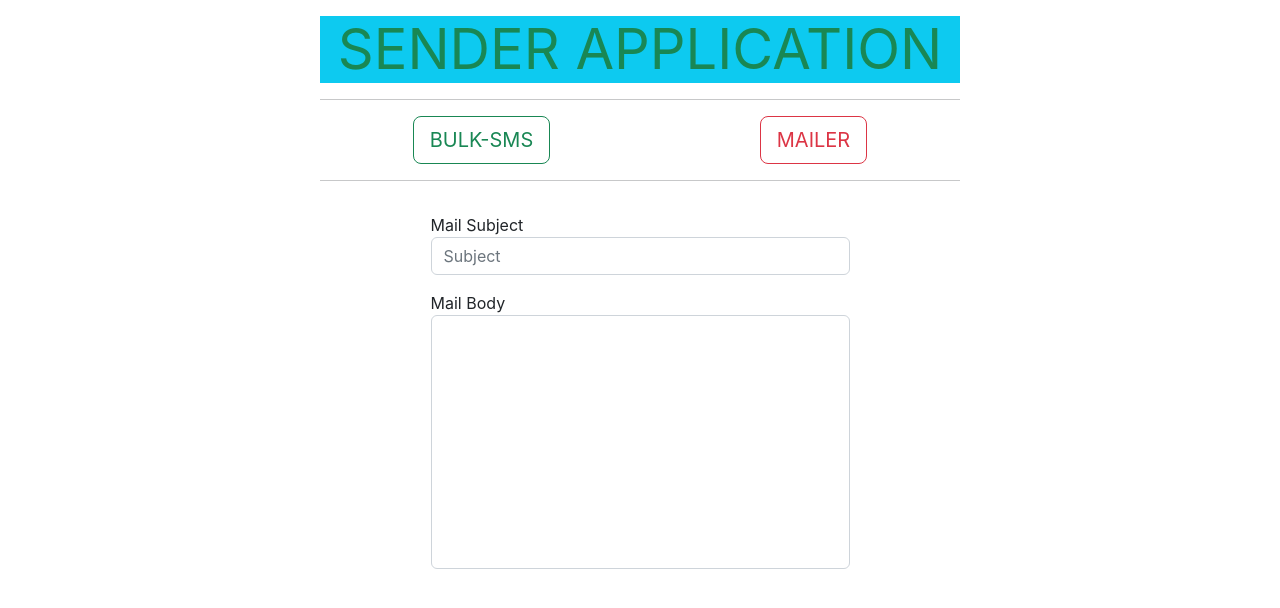
Repository: oluwaseyi9325/react-redux
Page: /
An editor plug-in stored every save of this project. The page is shown before and after the next save, followed by the edit.
The browser window is 1280 px wide. The pictures show the whole page.
The project was rebuilt for these pictures with package versions that can differ from the ones it lists, and the page was loaded fresh each time. Also part of the build but not shown: src/Pages/NotFond.tsx.

Above is the page before, as saved 2023-04-18 17:26:22.

### public/index.html
<!DOCTYPE html>
<html lang="en">

<head>
  <meta charset="utf-8" />
  <link rel="icon" href="%PUBLIC_URL%/favicon.ico" />
  <meta name="viewport" content="width=device-width, initial-scale=1" />
  <meta name="theme-color" content="#000000" />
  <meta name="description" content="Web site created using create-react-app" />
  <link rel="apple-touch-icon" href="%PUBLIC_URL%/logo192.png" />
  <link rel="manifest" href="%PUBLIC_URL%/manifest.json" />
  <link href="https://cdn.jsdelivr.net/npm/bootstrap@5.2.3/dist/css/bootstrap.min.css" rel="stylesheet" integrity="sha384-rbsA2VBKQhggwzxH7pPCaAqO46MgnOM80zW1RWuH61DGLwZJEdK2Kadq2F9CUG65" crossorigin="anonymous">
  <script src="https://cdn.jsdelivr.net/npm/bootstrap@5.2.3/dist/js/bootstrap.bundle.min.js" integrity="sha384-kenU1KFdBIe4zVF0s0G1M5b4hcpxyD9F7jL+jjXkk+Q2h455rYXK/7HAuoJl+0I4" crossorigin="anonymous"></script>
  <link rel="stylesheet" href="https://cdn.jsdelivr.net/npm/bootstrap-icons@1.10.3/font/bootstrap-icons.css">
  <title>SMS SENDER</title>
</head>

<body>
  <noscript>You need to enable JavaScript to run this app.</noscript>
  <div id="root"></div>
</body>

</html>

### src/index.tsx
import React from 'react';
import ReactDOM from 'react-dom/client';
import './index.css';
import App from './App';
import reportWebVitals from './reportWebVitals';
import { BrowserRouter } from 'react-router-dom';

const root = ReactDOM.createRoot(
  document.getElementById('root') as HTMLElement
);
root.render(
  <React.StrictMode>
    <BrowserRouter>
    <App />

    </BrowserRouter>
  </React.StrictMode>
);

// If you want to start measuring performance in your app, pass a function
// to log results (for example: reportWebVitals(console.log))
// or send to an analytics endpoint. Learn more: https://bit.ly/CRA-vitals
reportWebVitals();

### src/App.tsx
import React from 'react'
import { Route, Router, Routes } from 'react-router-dom'
import Index from './Pages/Index'
import Mailer from './Pages/Mailer'
import NotFond from './Pages/NotFond'

const App = () => {

  return (
    <>
    <Routes>
      <Route path='/' element={<Index/>} />
      <Route path='/mailer' element={<Mailer/>} />
      <Route path='*' element={<NotFond/>}/>
    </Routes>
    </>
  )
}

export default App

### src/Pages/Index.tsx
import React from 'react'
import Mailer from './Mailer'

const Index = () => {
  return (
   <>
     <Mailer/>
   </>
  )
}

export default Index

### src/Pages/Mailer.tsx
import React from 'react'
import NavBar from '../Components/NavBar'

const Mailer = () => {
  return (
   <>
    <NavBar/>

    <div className='container'>
       <div className='row mt-3'>
       <div className='mx-auto col-5'>
            <div className='p-3'>
                  <div>
                    <div>
                         <label>Mail Subject</label>
                        <input className='form-control' type="text" placeholder='Subject' />
                    </div>
                    <div className='my-3'>
                    <label>Mail Body</label>
                        <textarea rows={10} style={{resize:"none"}} className='form-control'>

                        </textarea>
                    </div>
                  </div>
            </div>
       </div>
       </div>
    </div>

   </>
  )
}

export default Mailer

### src/Components/NavBar.tsx
import React from 'react'

const NavBar = () => {
  return (
    <>

      <div className='text-center col-6 mx-auto mt-3'>
        <h4 className='text-success display-4 bg-info'><b>SENDER APPLICATION</b></h4>
        <hr/>
        <div className='gap-4 d-flex justify-content-around'>
            <button className='btn btn-outline-success btn-lg'>BULK-SMS</button>
            <button className='btn btn-outline-danger btn-lg'>MAILER</button>
        </div>
        <hr/>
      </div>

    </>
  )
}

export default NavBar

Loaded but not shown: src/index.css (common file); src/reportWebVitals.ts (common file)

After the next save:
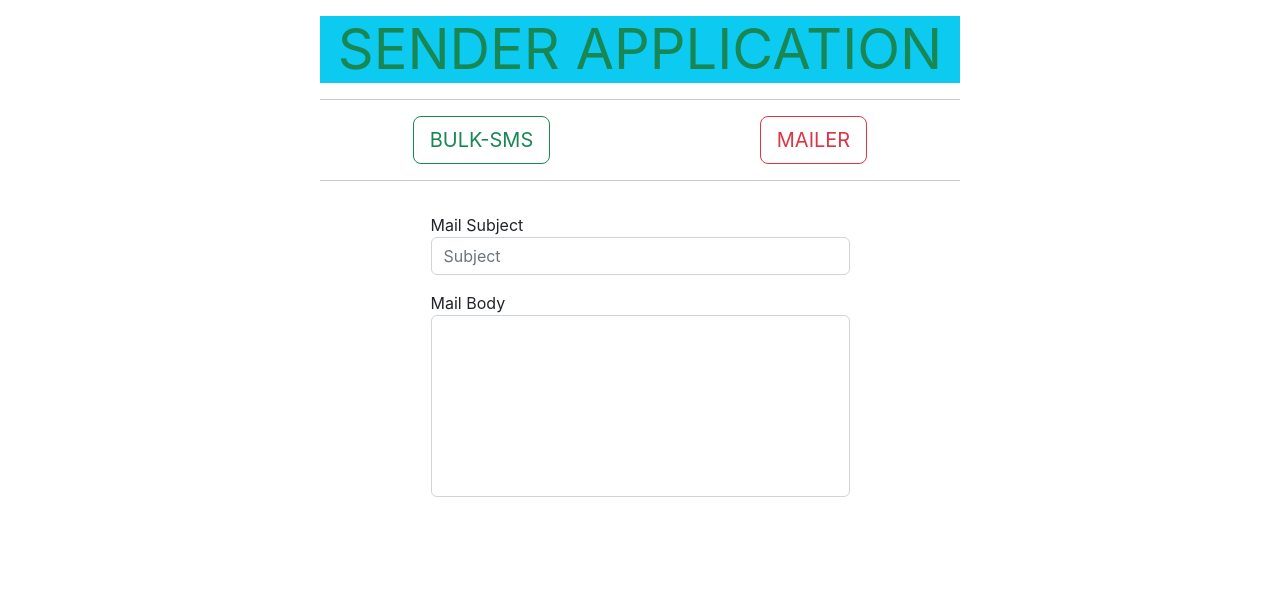
Saved 4 s later.
--- a/src/Pages/Mailer.tsx
+++ b/src/Pages/Mailer.tsx
@@ -17,7 +17,7 @@ const Mailer = () => {
                     </div>
                     <div className='my-3'>
                     <label>Mail Body</label>
-                        <textarea rows={10} style={{resize:"none"}} className='form-control'>
+                        <textarea rows={7} style={{resize:"none"}} className='form-control'>
 
                         </textarea>
                     </div>
